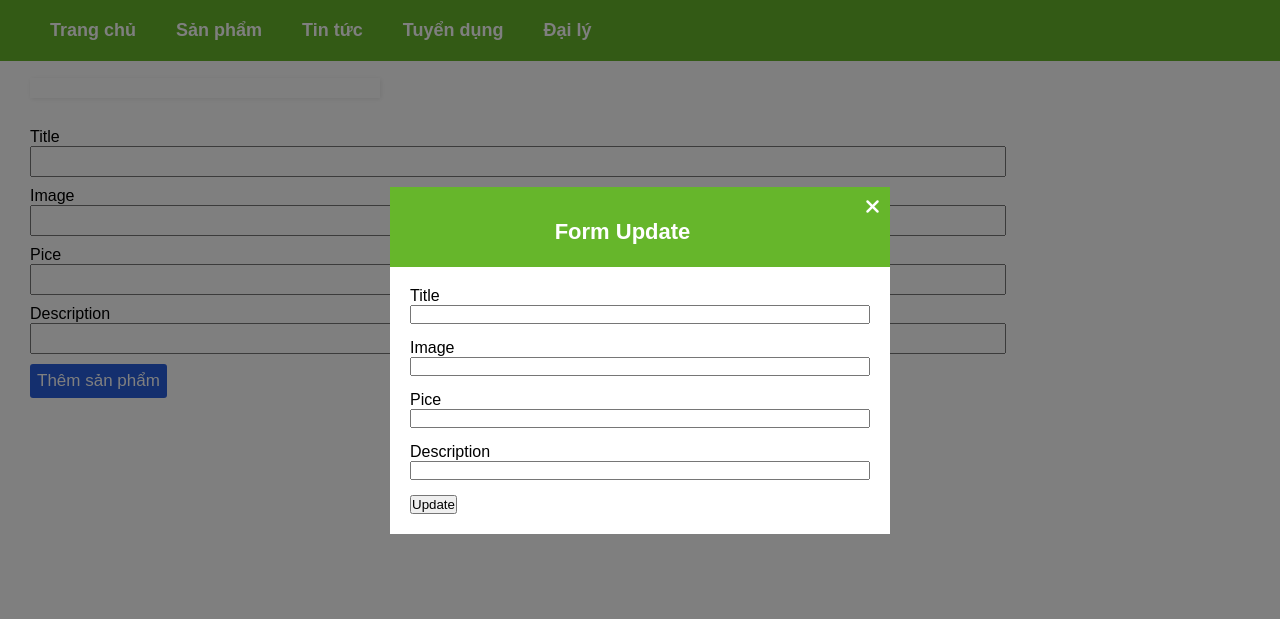
Repository: Ngoc28/CURD_HTML-CSS_JS_JSON
Page: index.html
These files come from the project's save history. The page is drawn as it stood at one moment and after the next save; the edit follows.
The browser window is 1280 px wide. The pictures show the whole page.
The page's requests for data from a server got no answer.

Above is the page before, as saved 2023-04-11 09:52:14.

### index.html
<!DOCTYPE html>
<html lang="en">
<head>
    <meta charset="UTF-8">
    <meta http-equiv="X-UA-Compatible" content="IE=edge">
    <meta name="viewport" content="width=device-width, initial-scale=1.0">
    <title>CURD Cơ bản</title>
    <link rel="stylesheet" href="https://cdnjs.cloudflare.com/ajax/libs/font-awesome/6.4.0/css/all.min.css" integrity="sha512-iecdLmaskl7CVkqkXNQ/ZH/XLlvWZOJyj7Yy7tcenmpD1ypASozpmT/E0iPtmFIB46ZmdtAc9eNBvH0H/ZpiBw==" crossorigin="anonymous" referrerpolicy="no-referrer" />
    <link rel="stylesheet" href="./asset/css/style.css">
</head>
<body>
    <header class="header-menu">
        <ul class="list-menu">
            <li class="item-menu"><a href="">Trang chủ</a></li>
            <li class="item-menu"><a href="">Sản phẩm</a></li>
            <li class="item-menu"><a href="">Tin tức</a></li>
            <li class="item-menu"><a href="">Tuyển dụng</a></li>
            <li class="item-menu"><a href="">Đại lý</a></li>
        </ul>
    </header>
    <div class="main">
        <div class="title-product">
            <h2 class="title">Sản phẩm của chúng tôi</h2>
        </div>
        <div class="products">
            <div class="product">
                <!-- <h3 class="product-name">Coca-Cola</h3>
                <img src="https://cdn.tgdd.vn/Products/Images/2947/190310/bhx/sua-trai-cay-nutriboost-huong-cam-297ml-202202122134380628.jpg" alt="" class="product-img">
                <spam class="product-price">18.000</spam>
                <span class="product-description">Nutriboost là thức uống dinh dưỡng kết hợp sữa và nước trái cây thơm ngon, giúp bạn luôn tràn năng lượng cho một ngày làm việc hiệu quả.</span> -->
            </div>
        </div>
    </div>
    <div class="form">
        <div class="form-1">
            <label for="">Title</label>
            <input type="text" name="title">
        </div>
        <div class="form-1">
            <label for="">Image</label>
            <input type="text" name="image">
        </div>
        <div class="form-1">
            <label for="">Pice</label>
            <input type="text" name="price">
        </div>
        <div class="form-1">
            <label for="">Description</label>
            <input type="text" name="description">
        </div>
        <button type="submit" id="create">Thêm sản phẩm</button>
    </div>

    <!-- formUpdate -->
    <div class="formUpdate">
        <div class="modal">
            <header>
                <i class="update-icon fa-solid fa-xmark"></i>
                <h1>
                    Form Update
                </h1>
            </header>
            <div class="modal-body">
                <div class="form-2">
                    <label for="">Title</label>
                    <input type="text" name="title">
                </div>
                <div class="form-2">
                    <label for="">Image</label>
                    <input type="text" name="image">
                </div>
                <div class="form-2">
                    <label for="">Pice</label>
                    <input type="text" name="price">
                </div>
                <div class="form-2">
                    <label for="">Description</label>
                    <input type="text" name="description">
                </div>
                <button type="submit" id="update">Update</button>
            </div>
        </div>
    </div>
    <script src="/script.js"></script>
</body>
</html>

### asset/css/style.css
*{
    padding: 0;
    margin: 0;
    box-sizing: border-box;
}

body {
    font-family: Arial, Helvetica, sans-serif;
}

.header-menu {
    position: fixed;
    top: 0;
    left: 0;
    right: 0;
    background-color: #66b62b;
    font-size: 18px;
    font-weight: 600;
}

.list-menu {
    display: flex;
    margin: 0 30px;
}

.item-menu {
    list-style: none;
}

.item-menu a {
    padding: 20px;
    display: block;
    text-decoration: none;
    color: #fff;
}

.item-menu a:hover {
    background-color: #ffd400;
    display: block;
}

/* Product */
.main {
    margin: 30px 30px 10px 30px;
}

.title-product {
    margin-bottom: 20px;
}


.title-product .title {
    text-align: center;
    color: #d72b27;
}

.products {
    display: flex;
    justify-content: space-between;
    flex-wrap: wrap;
}

.product {
    width: 350px;
    cursor: pointer;
    box-shadow: 1px 1px 5px   rgba(0, 0, 0, 0.09);
    margin-bottom: 20px;
    padding: 10px;
}


.product h3:hover {
    color: #d72b27;
}


.product-name {
    text-align: center;
}

.product-img {
    width: 100%;
    object-fit: cover;
}


.product .product-price:hover {
    color: #66b62b;
}

.product-price {
    color: #d72b27;
    margin: 10px 10px 6px;
    display: flex;
    justify-content: center;
    font-weight: 600;
}

.product-description {
    font-size: 15px;
    font-weight: 400;
    line-height: 20px;
    height: 40px;
    margin: 10px 10px 6px;
    overflow: hidden;
    display: block;
    display: -webkit-box;
    -webkit-box-orient: vertical;
    -webkit-line-clamp: 2;
}


.btn {
    display: flex;
    justify-content: center;
}


.delete-btn{
    margin-right: 10px;
}

.update-btn,
.delete-btn {
    padding: 8px;
    background-color: #66b62b;
    color: #fff;
    font-size: 15px;
    border: none;
    border-radius: 3px;
}

.update-btn:hover,
.delete-btn:hover {
    background-color: #336013;
}

/* Form */
.form {
    margin: 0 30px;

}

.form-1{
    margin-bottom: 10px;
}

.form-1 label {
    display: block;
    font-size: 16px;
    width: 90px;
}

.form-1 input {
    padding: 5px;
    font-size: 15px;
    width: 80%;
}

.form button {
    padding: 7px;
    background-color: #295fdd;
    color: #fff;
    font-size: 17px;
    border: none;
    border-radius: 3px;
}

.form button:hover {
    background-color: #172e62;
}

/* FormUpdate */

.formUpdate {
    position:fixed;
    top: 0;
    right: 0;
    bottom: 0;
    left: 0;
    background-color: rgba(0, 0, 0, 0.5);
    display: flex;
    align-items: center;
    justify-content: center;
}

.modal {
    background-color: #fff;
}

.modal header {
    background-color: #66b62b;
    color: #fff;
    height: 80px;
    width: 500px;
}

.modal h1 {
    line-height: 90px;
    text-align: center;
    font-size: 22px;
}

.modal .update-icon {
    float: right;
    padding: 10px;
    font-size: 20px;
    color: #fff;
}

.modal .update-icon:hover {
    color: #d72b27;
}

.modal-body {
    padding: 20px;
}

.form-2 {
    margin-bottom: 15px;
}

.form-2 label {
    display: block;
}

.form-2 input {
    width: 100%;
}

### script.js
let productsApi = 'http://localhost:3000/products';

function start() {
    getProducts(renderProducts);

    handleCreateForm()
}

start();

//lay ra san pham

function getProducts(callback) {

    fetch(productsApi)
    .then(function(response) {
        return response.json();
    })
    .then(callback);
}

function createProduct(data, callback) {
    var options = {
        method: 'POST',
        body: JSON.stringify(data),
        headers: {
            "Content-Type": "application/json",
            // 'Content-Type': 'application/x-www-form-urlencoded',
          }
    };
    fetch(productsApi, options)
        .then(function(response) {
            response.json();
        })
        .then(callback);

}

function handleDeleteProduct(id) {
    var options = {
        method: 'DELETE',
        headers: {
            "Content-Type": "application/json",
            // 'Content-Type': 'application/x-www-form-urlencoded',
          }
    };
    fetch(productsApi + '/' + id, options)
        .then(function(response) {
            response.json();
        })
        .then(function() {
           var productItem = document.querySelector('.product-item-' + id);
           if(productItem) {
            productItem.remove();
           }
        });
}


//show du lieu ra man hinh
function renderProducts(products) {
    var listProducts = document.querySelector('.products');

    var htmls = products.map(function(product) {
        return `
        <div class="product product-item-${product.id}">
            <h3 class="product-name">${product.title}</h3>
            <img src="${product.image}" class="product-img">
            <spam class="product-price">${product.price}đ</spam>
            <span class="product-description">${product.description}</span>
            <div class="btn">
                <button onclick="handleDeleteProduct(${product.id})" class="delete-btn">Delete</button>
                <button onclick="UpdateProduct()" class="update-btn">Update</button>
            </div>
        </div>`

    })

    listProducts.innerHTML = htmls.join('');
}

function handleCreateForm() {
    var createBtn = document.querySelector('#create');

    createBtn.onclick = function() {
        var title = document.querySelector('input[name="title"]').value;
        var image = document.querySelector('input[name="image"]').value;
        var price = document.querySelector('input[name="price"]').value;
        var description = document.querySelector('input[name="description"]').value;

        var formData = {
            title: title,
            image: image,
            price: price,
            description: description
        }

        createProduct(formData, function() {
            getProducts(renderProducts);
        });

    }
}

After the next save:
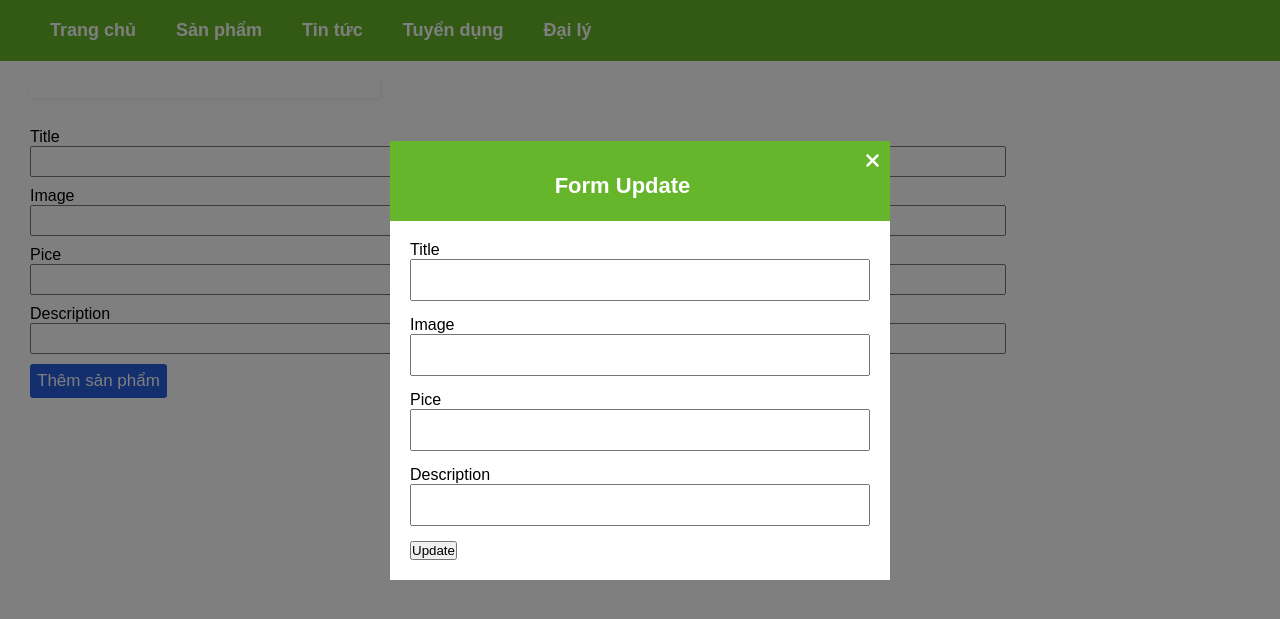
Saved 17 s later.
--- a/asset/css/style.css
+++ b/asset/css/style.css
@@ -226,4 +226,6 @@ body {
 
 .form-2 input {
     width: 100%;
-}
+    padding: 10px;
+    font-size: 16px;
+}
